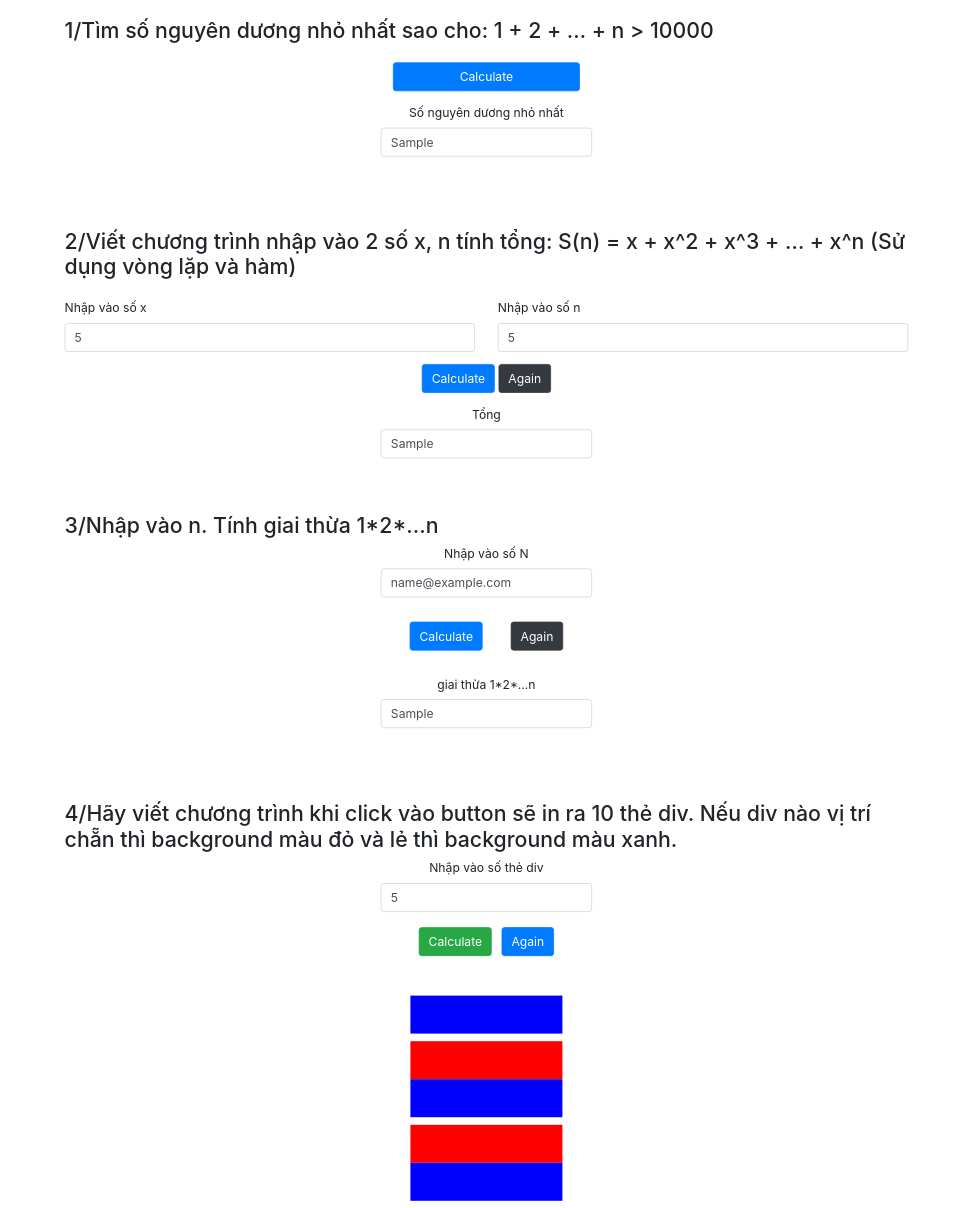
Repository: baobaodeveloper/bootcamp21__loop__HuynhAnhBao
Page: index.html
These files come from the project's save history. The page is drawn as it stood at one moment and after the next save; the edit follows.
The browser window is 1280 px wide. The pictures show the whole page, at 76% of full size.
Empty fields were first filled with sample values (such as "Sample", 5 or name@example.com).
After loading, the first visible `#creat-div` was clicked once.

Above is the page before, as saved 2022-03-17 19:38:02.

After the next save:
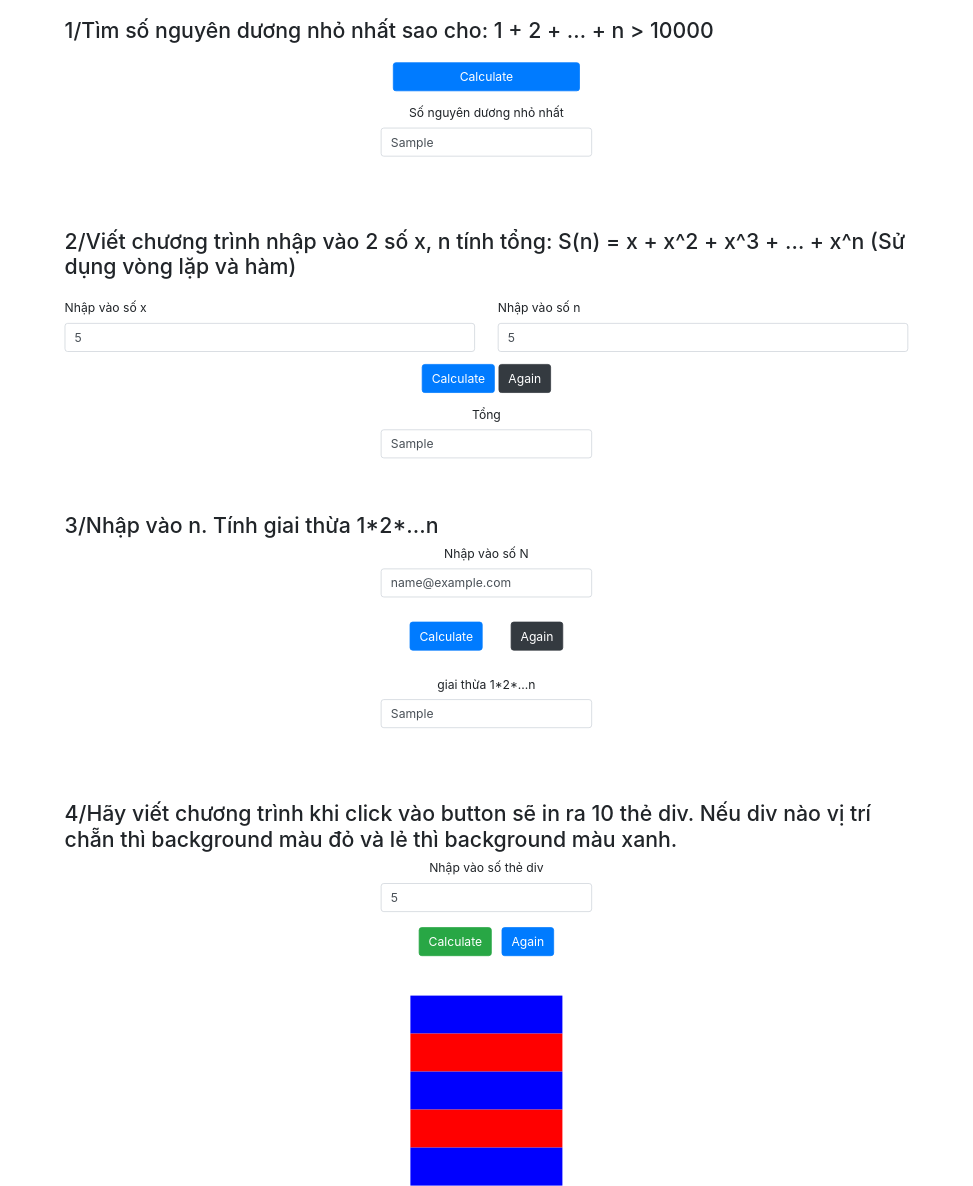
Saved 15 s later.
--- a/exercise4.js
+++ b/exercise4.js
@@ -6,7 +6,7 @@ document.getElementById("creat-div").addEventListener("click", () => {
 
   const numDivValue = +numDiv.value;
   const redDiv = `<div style="height: 50px; width: 200px; background-color: red"></div>`;
-  const blueDiv = `<div style="height: 50px; width: 200px; background-color: blue; margin-bottom: 10px"></div>`;
+  const blueDiv = `<div style="height: 50px; width: 200px; background-color: blue;"></div>`;
 
   for (let i = 1; i <= numDivValue; i++) {
     if (i % 2 === 0) {
